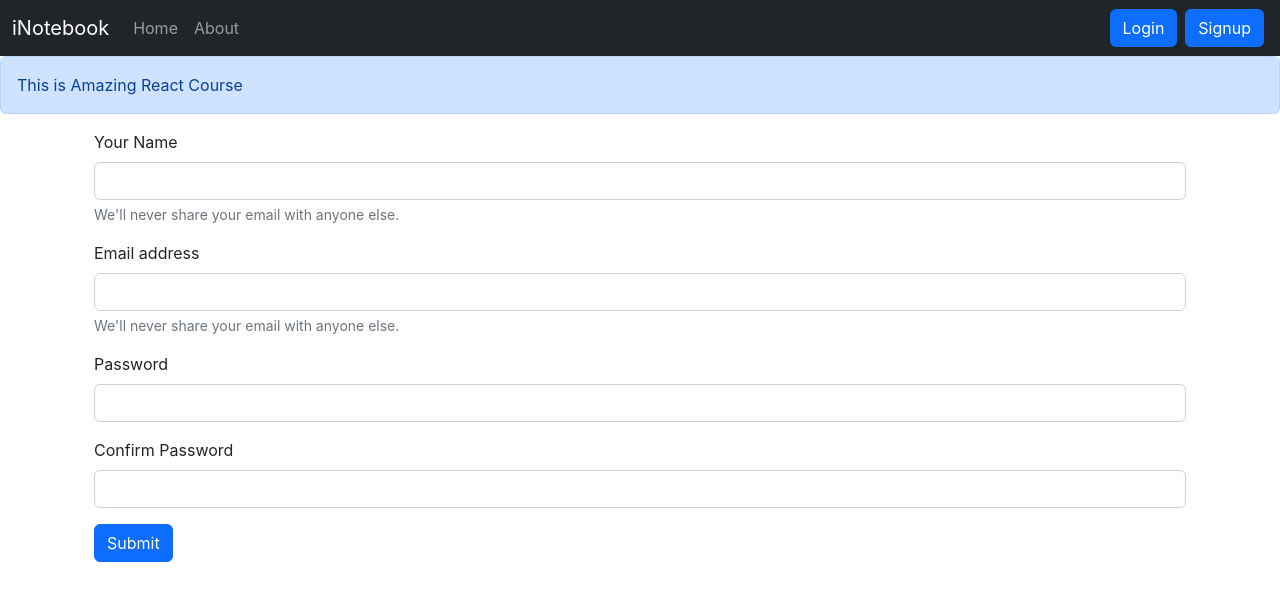
Repository: SatishPatil108/iNotebook-React
Page: /signup
These files come from the project's save history. The page is drawn as it stood at one moment and after the next save; the edit follows.
The browser window is 1280 px wide. The pictures show the whole page.
Some web libraries are served in a nearby version. The project was rebuilt for these pictures with package versions that can differ from the ones it lists, and the page was loaded fresh each time. Also part of the build but not shown: src/App.css, src/components/AddNote.js, src/components/Noteitem.js, src/components/Notes.js, src/components/Home.js, src/components/About.js, src/components/Login.js.

Above is the page before, as saved 2022-08-02 15:14:03.

After the next save:
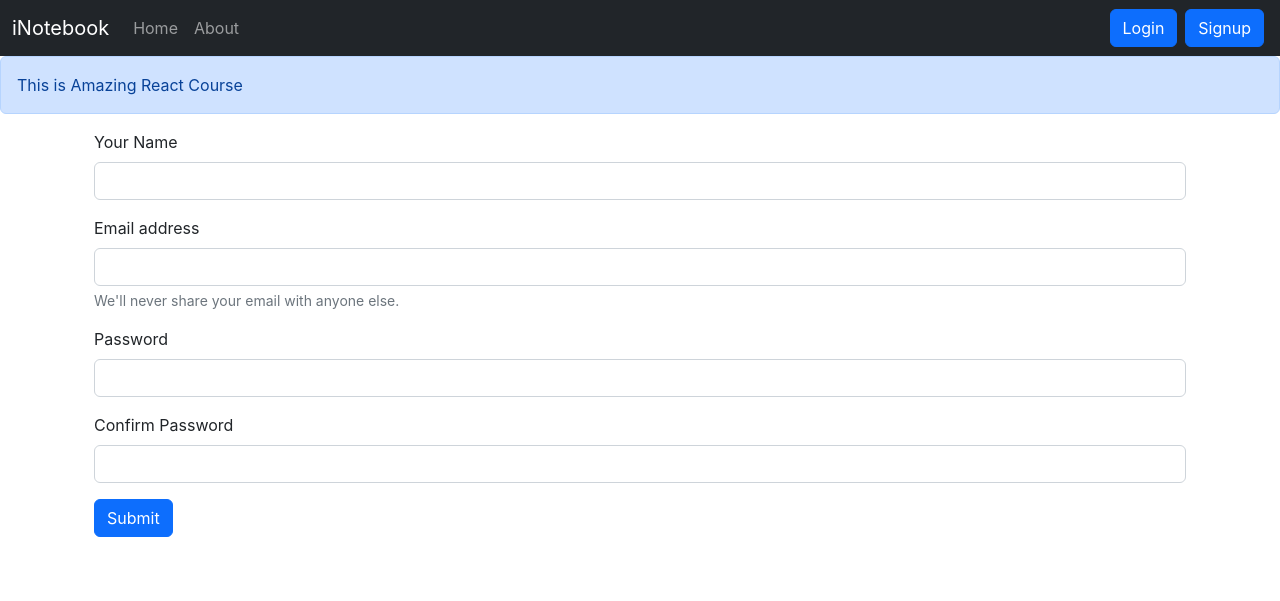
Saved 3 min 14 s later.
--- a/src/components/Signup.js
+++ b/src/components/Signup.js
@@ -36,21 +36,20 @@ const Signup = () => {
             <form onSubmit={handleSubmit}>
                 <div className="mb-3">
                     <label htmlFor="name" className="form-label">Your Name</label>
-                    <input type="text" className="form-control" id="name" onChange={onChange} aria-describedby="emailHelp" />
-                    <div id="emailHelp" className="form-text">We'll never share your email with anyone else.</div>
+                    <input type="text" className="form-control" id="name" name="name" onChange={onChange} aria-describedby="emailHelp" />
                 </div>
                 <div className="mb-3">
                     <label htmlFor="email" className="form-label">Email address</label>
-                    <input type="email" className="form-control" id="email" onChange={onChange} aria-describedby="emailHelp" />
+                    <input type="email" className="form-control" id="email" name="email" onChange={onChange} aria-describedby="emailHelp" />
                     <div id="emailHelp" className="form-text">We'll never share your email with anyone else.</div>
                 </div>
                 <div className="mb-3">
                     <label htmlFor="password" className="form-label">Password</label>
-                    <input type="password" className="form-control" id="password" onChange={onChange} name="password" />
+                    <input type="password" className="form-control" id="password" name="password" onChange={onChange} name="password" />
                 </div>
                 <div className="mb-3">
                     <label htmlFor="cpassword" className="form-label">Confirm Password</label>
-                    <input type="password" className="form-control" id="password" onChange={onChange} name="cpassword" />
+                    <input type="password" className="form-control" id="password" name="cpassword" onChange={onChange} name="cpassword" />
                 </div>
 
                 <button type="submit" className="btn btn-primary">Submit</button>
